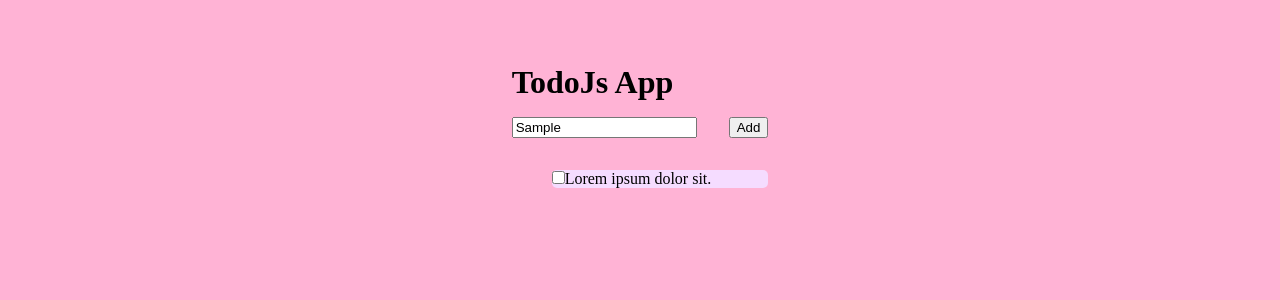
Repository: AlexandraYuhno/todo
Page: index.html
These files come from the project's save history. The page is drawn as it stood at one moment and after the next save; the edit follows.
The browser window is 1280 px wide. The pictures show the whole page.
Empty fields were first filled with sample values (such as "Sample", 5 or name@example.com).
After loading, the first visible `#btnAdd` was clicked once.

Above is the page before, as saved 2024-06-17 16:35:09.

After the next save:
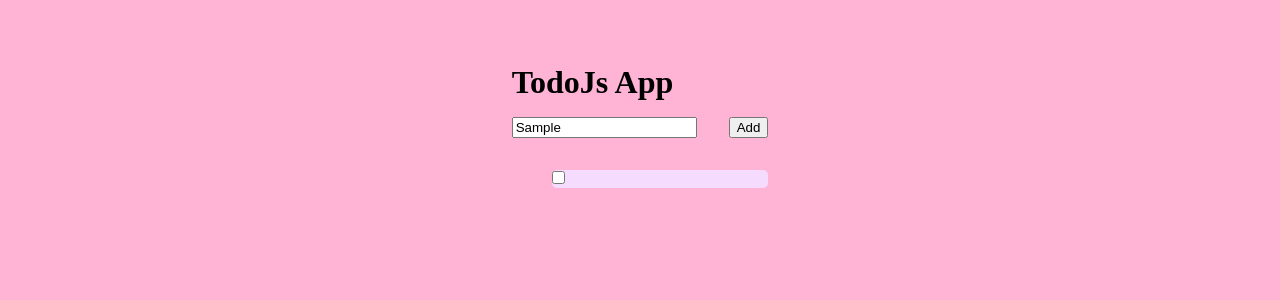
Saved 99 s later.
--- a/script.js
+++ b/script.js
@@ -17,6 +17,7 @@ function showTasks(){
                         </label for = 'id= "item_${i}">
                         <div class="todo__task-title"> ${item.text}</div>
                      </li>`   ;
+        taskList.innerHTML = taskHTML;
     }
 )}
 
